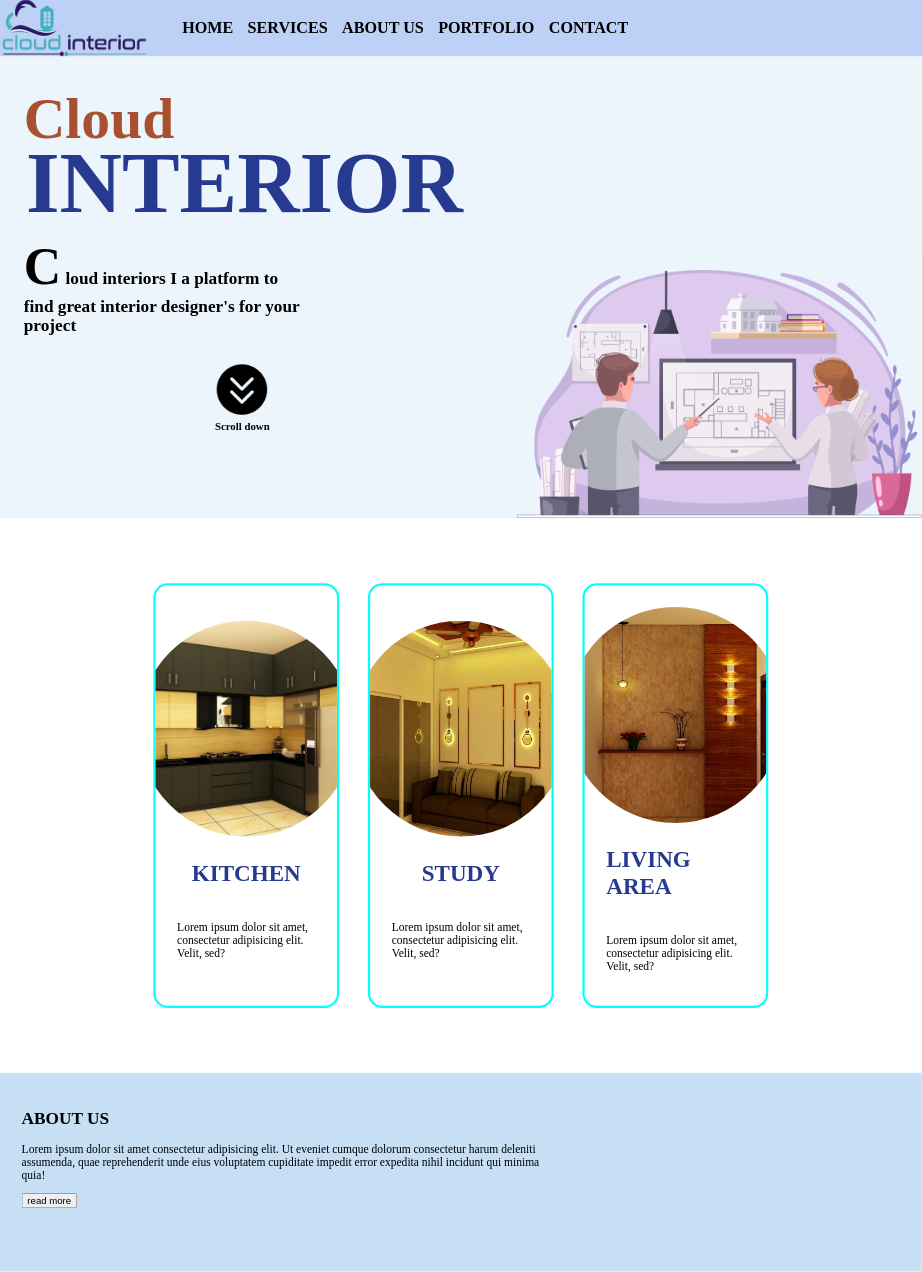
Repository: Ganavid/ganavidgowda.github.io
Page: cloud interior/‌index.html
An editor plug-in stored every save of this project. The page is shown before and after the next save, followed by the edit.
The browser window is 1280 px wide. The pictures show the whole page, at 72% of full size.

Above is the page before, as saved 2023-03-04 03:13:41.

After the next save:
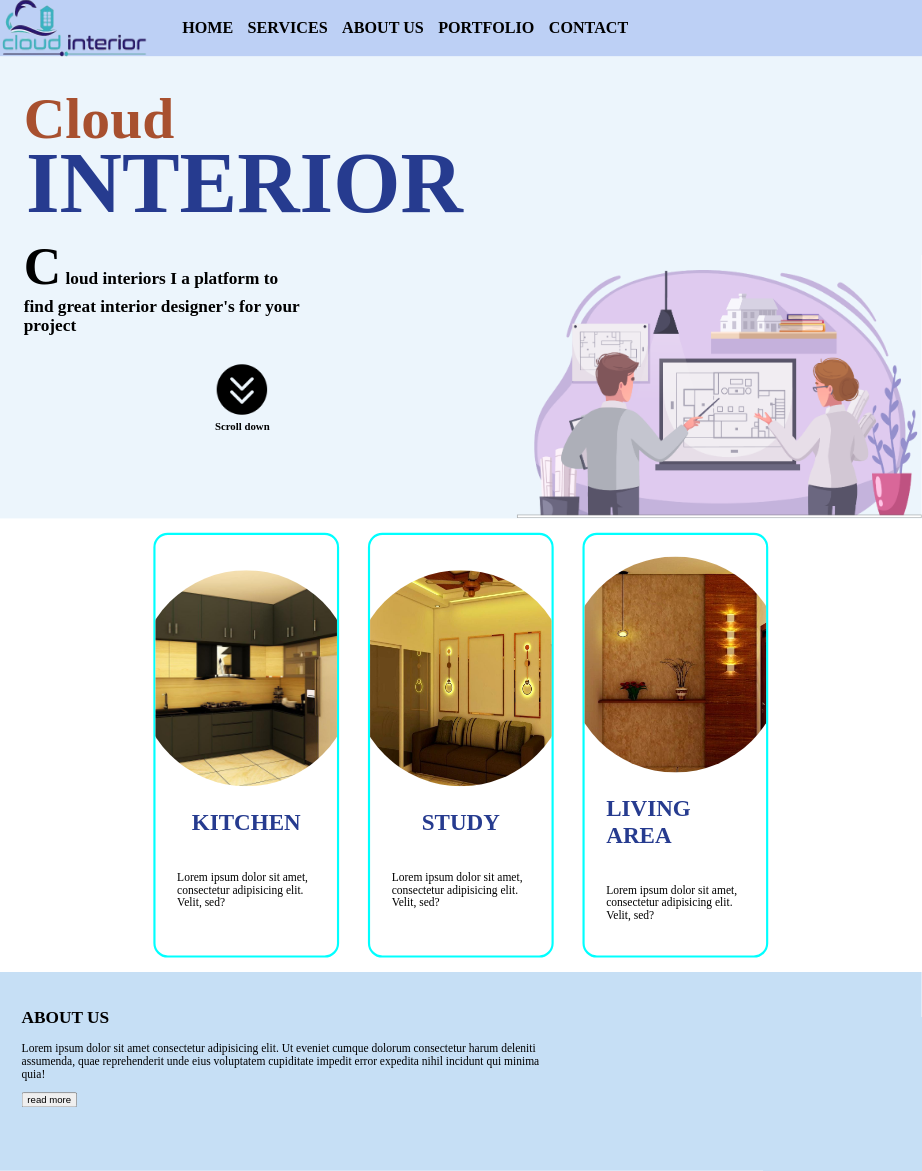
Saved 28 s later.
--- a/cloud interior/interial.css
+++ b/cloud interior/interial.css
@@ -158,7 +158,7 @@
     padding: 0px;
     margin: 0px;
     width: 100vw;
-    padding: 70px 0px;
+    margin-top: ;
     justify-content: center;
 }
 .items{

After the 4 saves that followed:
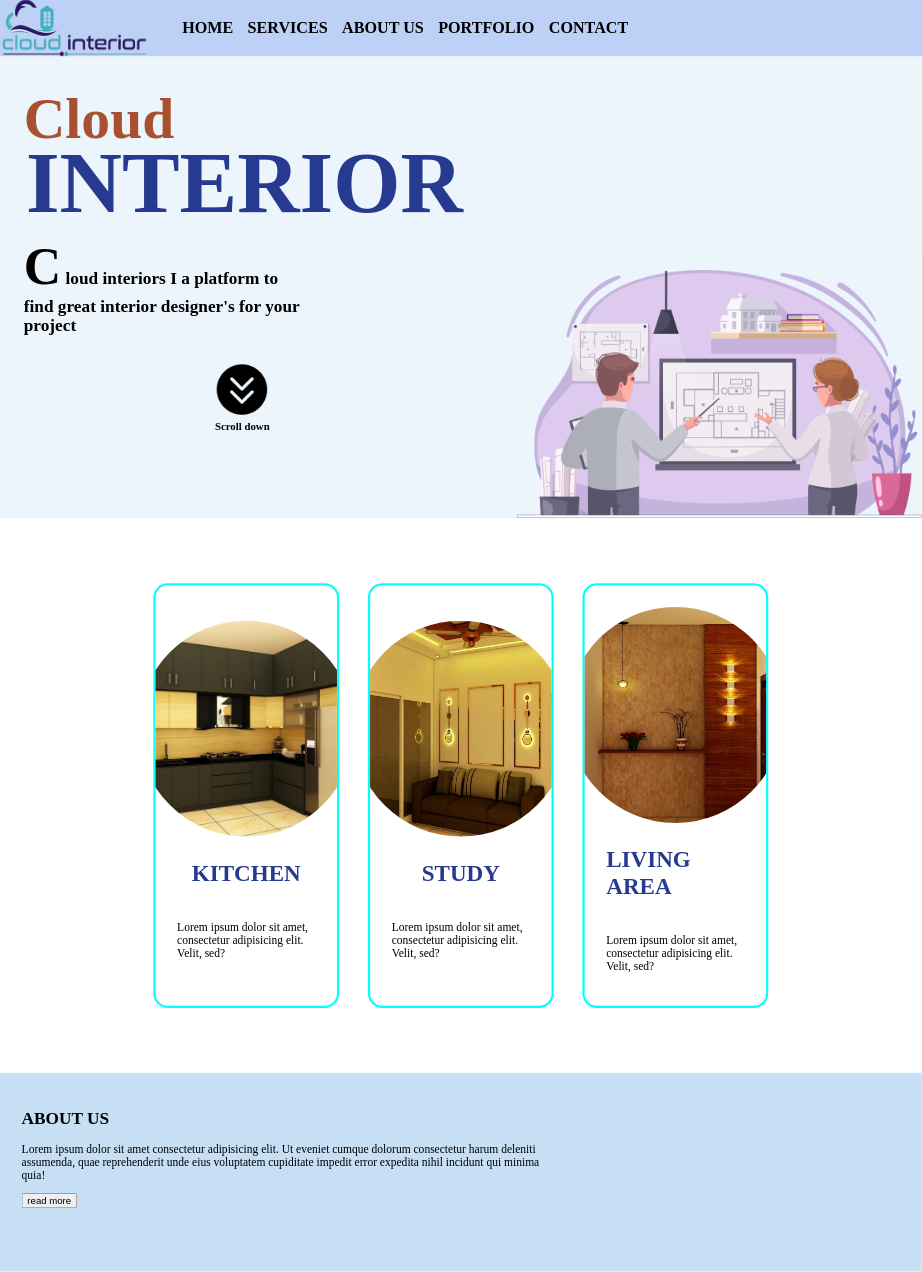
The 4 saves are shown as one change because they came seconds apart.
The last was saved 11 s later.
--- a/cloud interior/interial.css
+++ b/cloud interior/interial.css
@@ -158,7 +158,8 @@
     padding: 0px;
     margin: 0px;
     width: 100vw;
-    margin-top: ;
+    margin-top: 70px;
+    margin-bottom: 70px;
     justify-content: center;
 }
 .items{
